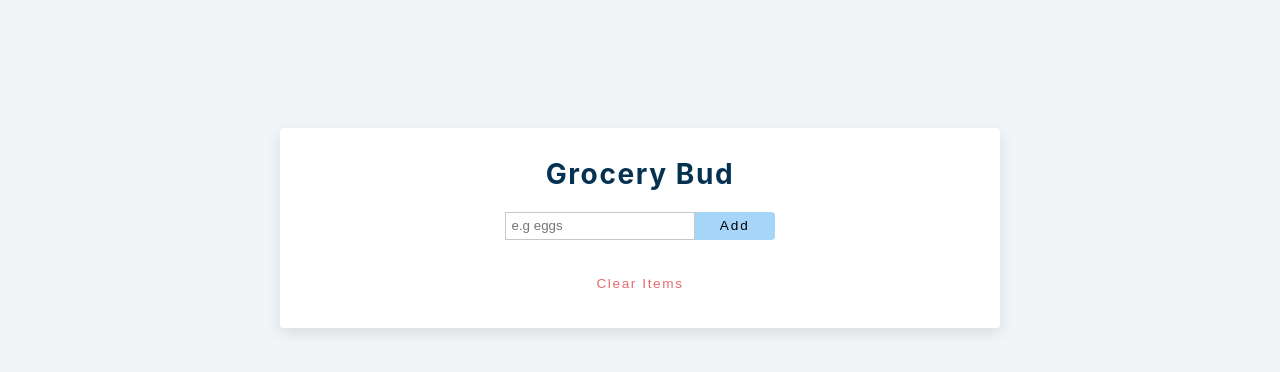
Repository: NavidJalilian/react-projects
Page: / (app in groceryBud-project/)
An editor plug-in stored every save of this project. The page is shown before and after a run of saves, followed by the edit.
The browser window is 1280 px wide. The pictures show the whole page.
The project was rebuilt for these pictures with package versions that can differ from the ones it lists, and the page was loaded fresh each time. Also part of the build but not shown: groceryBud-project/src/Alert.js, groceryBud-project/src/Test.js.

Above is the page before, as saved 2022-04-28 23:58:35.

After the next 4 saves:
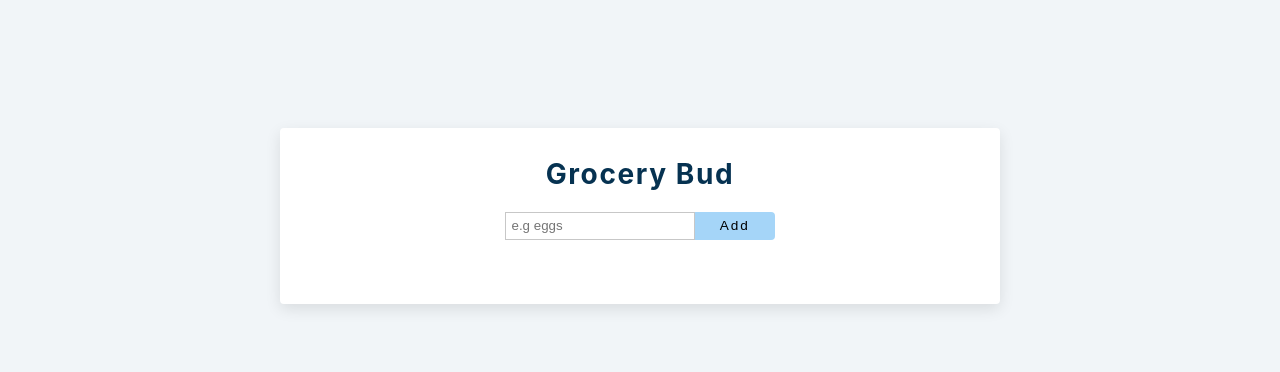
The 4 saves are shown as one change because they came seconds apart.
The last was saved 27 s later.
--- a/groceryBud-project/src/App.js
+++ b/groceryBud-project/src/App.js
@@ -99,7 +99,7 @@ function App() {
       </form>
       <div className="grocery-container">
         <List list={list} removeItem={removeItem} editItem={editItem} />
-        {list && (
+        {list.length > 0 && (
           <button className="clear-btn" onClick={clearList}>
             clear items
           </button>
